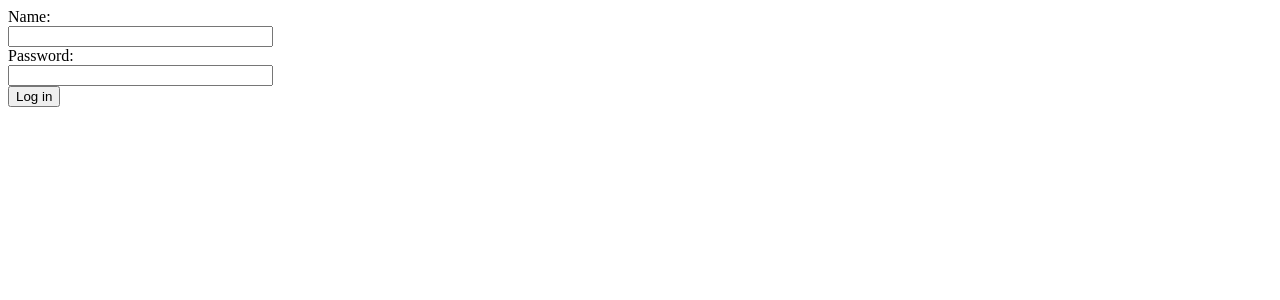
Repository: marcojansen/WebTechnologie2.1
Page: TheRoomRental/WebContent/login.html
The author's editor kept a copy of each file at every save. The page is drawn from the files as they stood at one save, then again after the next save.
The browser window is 1280 px wide. The pictures show the whole page.

Above is the page before, as saved 2014-09-02 11:16:26.

After the next save:
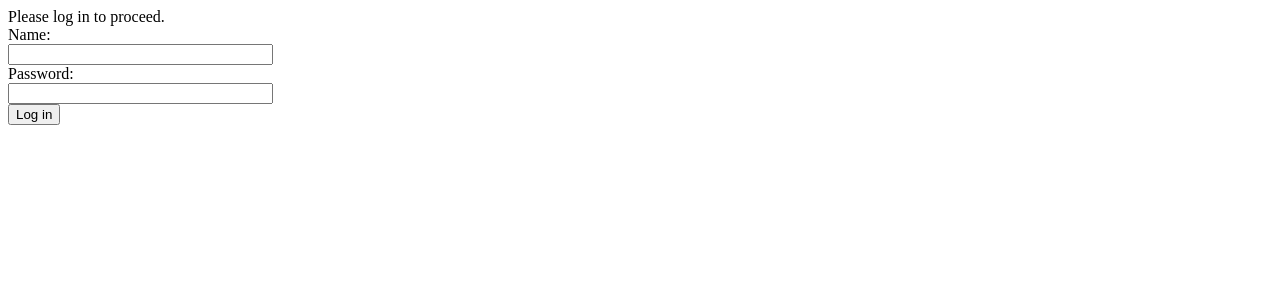
Saved 48 s later.
--- a/TheRoomRental/WebContent/login.html
+++ b/TheRoomRental/WebContent/login.html
@@ -5,7 +5,7 @@
 <title>Login</title>
 </head>
 <body>
-
+Please log in to proceed. <BR>
 <FORM>
 Name: <BR> <INPUT TYPE="text" NAME="Name" SIZE="30"><BR>
 Password: <BR> <Input TYPE="password" NAME="Password" SIZE="30"><BR>
